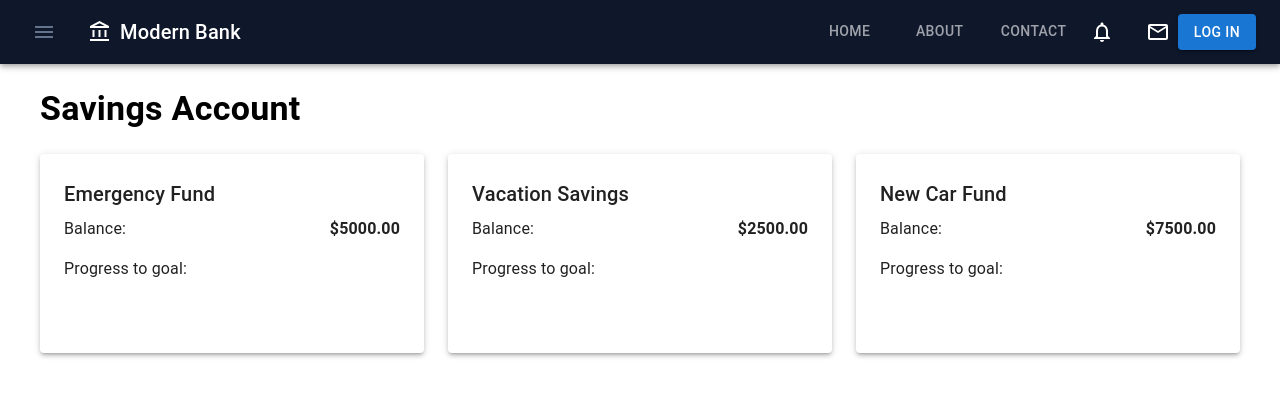
Repository: MohammadMazloum123/Moder-Bank-Full-Stack-Project
Page: /savings-account (app in Desktop/front-modernbank/front-modernbank/)
The author's editor kept a copy of each file at every save. The page is drawn from the files as they stood at one save, then again after a run of saves.
The browser window is 1280 px wide. The pictures show the whole page.
The project was rebuilt for these pictures with package versions that can differ from the ones it lists, and the page was loaded fresh each time. Also part of the build but not shown: Desktop/front-modernbank/front-modernbank/src/components/HomePage.jsx, Desktop/front-modernbank/front-modernbank/src/transactions/NewTransaction.tsx, Desktop/front-modernbank/front-modernbank/src/transactions/TransactionsHistory.tsx.

Above is the page before, as saved 2024-11-18 17:25:19.

### Desktop/front-modernbank/front-modernbank/public/index.html
<!DOCTYPE html>
<html lang="en">
  <head>

    <meta charset="utf-8" />
    <link rel="icon" href="%PUBLIC_URL%/favicon.ico" />
    <meta name="viewport" content="width=device-width, initial-scale=1" />
    <meta name="theme-color" content="#000000" />
    <meta
      name="description"
      content="Web site created using create-react-app"
    />
    <link rel="apple-touch-icon" href="%PUBLIC_URL%/logo192.png" />

    <link rel="manifest" href="%PUBLIC_URL%/manifest.json" />

    <title>Modern Bank App</title>
    <style>
      body{
        margin: 0;
        padding: 0;
        box-sizing: border-box;
      }
    </style>
  </head>
  <body>
    <noscript>You need to enable JavaScript to run this app.</noscript>
    <div id="root"></div>
  </body>
</html>

### Desktop/front-modernbank/front-modernbank/src/App.js
import React from "react";
import { Box} from "@mui/material";
import NavBar from "./components/NavBar";
import {BrowserRouter as Router} from "react-router-dom";
import AppRoutes from "./route/AppRoutes.tsx";


function App() {
  return (
    <Router>
      <Box>
        <NavBar/>
      </Box>
      <AppRoutes/>
    </Router>
  );
}

export default App;

### Desktop/front-modernbank/front-modernbank/src/components/NavBar.jsx
import { AppBar, Toolbar, Typography, Tabs, Tab, Button, Box } from '@mui/material'
import React, { useState } from 'react'
import DrawerComp from '../DrawerComp';
import NotificationsNoneOutlinedIcon from '@mui/icons-material/NotificationsNoneOutlined';
import EmailOutlinedIcon from '@mui/icons-material/EmailOutlined';
import { AccountBalanceOutlined } from '@mui/icons-material';
import { Link } from 'react-router-dom';

const NavBar = () => {
    const [value, setvalue] = useState();
return (
    <AppBar position='sticky' sx={{bgcolor:"#0f172a"}}>
        <Toolbar>

                <DrawerComp/>
                <Box display="flex" alignItems="center" flex={3} ml={3}>
                    <AccountBalanceOutlined fontSize='medium' sx={{ color: "white", mr: 1 }} />
                        <Typography variant='h6' color='inherit'>
                            Modern Bank
                        </Typography>
                </Box>
            <Box display="flex" flex={0.7} justifyContent="center">
                <Tabs
                textColor='inherit'
                indicatorColor='secondary'
                value={value}
                onChange={(e, value) => setvalue(value)}
                >
                        <Tab LinkComponent={Link} to="/" label="Home"/>
                        <Tab label="About"/>
                        <Tab label="Contact"/>
                </Tabs>
            </Box>
            <Box display="flex" flex={0.4} alignItems="center" justifyContent="center">
                <NotificationsNoneOutlinedIcon sx={{mr:4}}/>
                <EmailOutlinedIcon/>
            </Box>
            <Box display="flex" justifyContent="flex-end">
                <Button sx={{marginLeft:'auto'}} variant='contained'>Log In</Button>
            </Box>
        </Toolbar>
    </AppBar>
)
}

export default NavBar

### Desktop/front-modernbank/front-modernbank/src/route/AppRoutes.tsx
import React from 'react'
import {Routes, Route} from "react-router-dom";
import HomePage from '../components/HomePage';
import NewTransaction from '../transactions/NewTransaction.tsx';
import TransactionsHistory from '../transactions/TransactionsHistory.tsx';
import SavingsAccount from '../savings/SavingsAccount.tsx';

const AppRoutes = () => {
    return (
        <Routes>
            <Route path='/' element={<HomePage/>}/>
            <Route path='/new-transactions' element={<NewTransaction/>}/>
            <Route path='/transactions-history' element={<TransactionsHistory/>}/>
            <Route path='/savings-account' element={<SavingsAccount/>}/>
        </Routes>
    )
}

export default AppRoutes

### Desktop/front-modernbank/front-modernbank/src/DrawerComp.jsx
import React, {useState} from 'react'
import MenuIcon from '@mui/icons-material/Menu';
import {
    Drawer,
    IconButton,
    List,
    ListItemButton,
    ListItemIcon,
    ListItemText,
    Typography,
    Collapse,
    Divider,
    Box,
    Switch
    } from '@mui/material';

import {
    ExpandLess,
    ExpandMore,
    AddOutlined,
    SavingsOutlined,
    HistoryOutlined,
    CreditCardOutlined,
    TrendingUpOutlined,
    AccountBalanceOutlined,
    PercentOutlined,
    AttachMoneyOutlined,
    ShowChartOutlined,
    LogoutOutlined,
} from "@mui/icons-material";
import { Link } from 'react-router-dom';


const DrawerComp = () => {
    const [OpenDrawer, setOpenDrawer] = useState(false);
      // Dropdown states
        const [transactionsOpen, setTransactionsOpen] = useState(false);
        const [savingsOpen, setSavingsOpen] = useState(false);
        const [expenseTracker, setExpenseTracker] = useState(false);

return (
    <>
        <Drawer
        open={OpenDrawer}
        onClose={() => setOpenDrawer(false)}
        sx={{padding: "16px"}}
        >
        <Typography
            variant="h6"
            sx={{
            padding: 2,
            textAlign: "center",
            bgcolor: "#0f172a",
            color: "white",
        }}
        >
            Modern Bank
        </Typography>
        <Divider/>

            <List sx={{p: 2 ,width:"340px"}}>
                {/* Account Transactions Dropdown */}
                <ListItemButton onClick={() => setTransactionsOpen(!transactionsOpen)}>
                    <ListItemIcon>
                        <CreditCardOutlined/>
                    </ListItemIcon>
                    <ListItemText primary="Transactions"/>
                    {transactionsOpen ? <ExpandLess/> : <ExpandMore/>}
                </ListItemButton>
                <Collapse in={transactionsOpen} timeout="auto" unmountOnExit>
                    <List component="div" disablePadding sx={{pl : 2}}>
                        <ListItemButton component={Link} to="/new-transactions">
                            <ListItemIcon>
                                <AddOutlined fontSize='small'/>
                            </ListItemIcon>
                        <ListItemText primary="New Transactions"/>
                        </ListItemButton>
                        <ListItemButton component={Link} to="/transactions-history">
                            <ListItemIcon>
                                <HistoryOutlined fontSize='small'/>
                            </ListItemIcon>
                        <ListItemText primary="Transactions History"/>
                        </ListItemButton>
                    </List>
                </Collapse>
                <Divider/>
                {/* Savings Dropdown */}
                <ListItemButton onClick={() => setSavingsOpen(!savingsOpen)}>
                    <ListItemIcon>
                        <SavingsOutlined fontSize='small'/>
                    </ListItemIcon>
                    <ListItemText primary="Savings"/>
                    {savingsOpen ? <ExpandLess/> : <ExpandMore/>}
                </ListItemButton>
                <Collapse in={savingsOpen} timeout="auto" unmountOnExit>
                    <List component="div" disablePadding sx={{pl : 2}}>
                        <ListItemButton component={Link} to="/savings-account">
                            <ListItemIcon>
                                <AccountBalanceOutlined fontSize='small'/>
                            </ListItemIcon>
                            <ListItemText primary="Savings Account"/>
                        </ListItemButton>
                        <ListItemButton>
                            <ListItemIcon>
                                <TrendingUpOutlined fontSize='small'/>
                            </ListItemIcon>
                            <ListItemText primary="Savings Goals"/>
                        </ListItemButton>
                        <ListItemButton>
                            <ListItemIcon>
                                <PercentOutlined fontSize='small'/>
                            </ListItemIcon>
                            <ListItemText primary="Interest Rate"/>
                        </ListItemButton>
                    </List>
                </Collapse>
                <Divider/>
            <ListItemButton onClick={() => setExpenseTracker(!expenseTracker)}>
                <ListItemIcon>
                    <AttachMoneyOutlined fontSize='small'/>
                </ListItemIcon>
                    <ListItemText primary="Expense Tracker" />
                    {transactionsOpen ? <ExpandLess/> : <ExpandMore/>}
            </ListItemButton>
            <Collapse in={expenseTracker} timeout="auto" unmountOnExit>
                <List component="div" disablePadding sx={{pl : 2}}>
                    <ListItemButton>
                        <ListItemIcon>
                            <ShowChartOutlined fontSize='small'/>
                        </ListItemIcon>
                        <ListItemText primary="Track Expenses"/>
                    </ListItemButton>
                </List>
            </Collapse>
              {/* Dark Mode Switch */}
        <Box display="flex" alignItems="center" mt={2}>
            <Typography variant="body1" sx={{ flexGrow: 1 }}>
                Dark Mode
            </Typography>
            <Switch
                inputProps={{ 'aria-label': 'Dark Mode Switch' }}
            />

            <ListItemButton>
                        <ListItemText primary="Log Out"/>
                        <ListItemIcon>
                            <LogoutOutlined/>
                        </ListItemIcon>
                    </ListItemButton>
        </Box>
            </List>
        </Drawer>
        {/* Drawer Toggle Button */}
        <IconButton onClick={() => setOpenDrawer(!OpenDrawer)}>
            <MenuIcon sx={{color:"#64748b"}}/>
        </IconButton>
    </>
)
}

export default DrawerComp

### Desktop/front-modernbank/front-modernbank/src/savings/SavingsAccount.tsx
import React, { useState } from 'react';
import {
    Typography,
    Box,
    Paper,
    Grid,
    Button,
    Table,
    TableBody,
    TableCell,
    TableContainer,
    TableHead,
    TableRow,
    LinearProgress,
    Chip,
    Dialog,
    DialogTitle,
    DialogContent,
    DialogActions,
    TextField,
} from '@mui/material';

// Mock data for demonstration
const mockSavingsAccounts = [
    { id: 1, name: 'Emergency Fund', balance: 5000, goal: 10000, interestRate: 1.5, lastTransaction: '2023-05-15' },
    { id: 2, name: 'Vacation Savings', balance: 2500, goal: 5000, interestRate: 2.0, lastTransaction: '2023-05-10' },
    { id: 3, name: 'New Car Fund', balance: 7500, goal: 15000, interestRate: 1.8, lastTransaction: '2023-05-20' },
];

const SavingsAccount = () => {
    const [openDialog, setOpenDialog] = useState(false);
    const [accounts, setAccounts] = useState(mockSavingsAccounts);
    const [newAccount, setNewAccount] = useState({name:'', goal:''})

    const handleOpenDialog = () => setOpenDialog(true);
    const handleCloseDialog = () => setOpenDialog(false);

    const handleAccount = () => {
        if(newAccount.name && newAccount.goal){
            const newAccountData = {
                id: accounts.length + 1,
                name: newAccount.name,
                balance: 0 ,
                goal: parseFloat(newAccount.name),
                interestRate : 1.5,
                lastTransaction: new Date().toISOString().split('T')[0],
            };
            setAccounts([...accounts, newAccountData]);
            setNewAccount({name:'', goal:''});
            handleCloseDialog();
        }
    };
return (
    <Box sx={{maxWidth:1200, mx:'auto', p:3}}>
        <Typography component="h1" variant='h4' gutterBottom sx={{fontWeight:'bold', mb:3}}>
            Savings Account
        </Typography>
        <Grid container spacing={3} sx={{mb:3}}>
            {accounts.map((account) =>(
                <Grid item xs={12} md={4} key={account.id}>
                    <Paper elevation={3} sx={{display:'flex', height:'100%', flexDirection:'column', p: 3}}>
                        <Typography variant='h6' gutterBottom>{account.name}</Typography>
                        <Box sx={{display:'flex', justifyContent:'space-between', mb:2}}>
                            <Typography variant='body1'>Balance:</Typography>
                            <Typography variant='body1' fontWeight='bold'>${account.balance.toFixed(2)}</Typography>
                        </Box>
                        <Box>
                            <Typography>Progress to goal:</Typography>
                        </Box>
                    </Paper>
                </Grid>
            ))}

        </Grid>
    </Box>
)
}

export default SavingsAccount

Loaded but not shown: Desktop/front-modernbank/front-modernbank/src/index.js (common file); Desktop/front-modernbank/front-modernbank/src/reportWebVitals.js (common file)

After the next 2 saves:
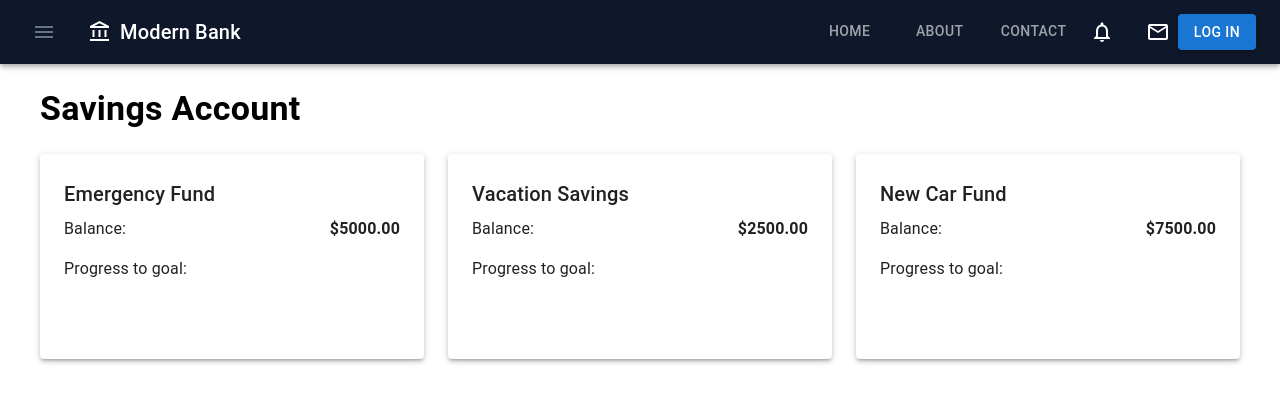
The 2 saves are shown as one change because they came seconds apart.
The last was saved 7 s later.
--- a/Desktop/front-modernbank/front-modernbank/src/savings/SavingsAccount.tsx
+++ b/Desktop/front-modernbank/front-modernbank/src/savings/SavingsAccount.tsx
@@ -65,7 +65,7 @@ return (
                             <Typography variant='body1' fontWeight='bold'>${account.balance.toFixed(2)}</Typography>
                         </Box>
                         <Box>
-                            <Typography>Progress to goal:</Typography>
+                            <Typography gutterBottom>Progress to goal:</Typography>
                         </Box>
                     </Paper>
                 </Grid>
